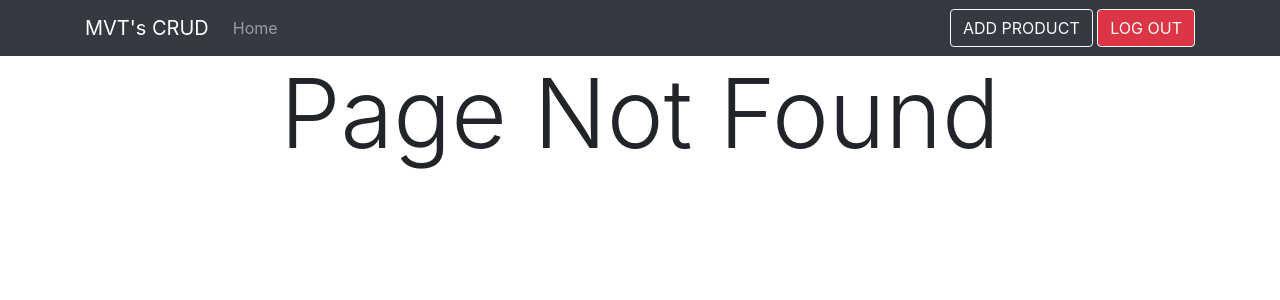
Repository: tammv/crud_product
Page: /products/add
An editor plug-in stored every save of this project. The page is shown before and after the next save, followed by the edit.
The browser window is 1280 px wide. The pictures show the whole page.
The project was rebuilt for these pictures with package versions that can differ from the ones it lists, and the page was loaded fresh each time. Also part of the build but not shown: src/index.css, src/components/pages/ManageProduct.js, src/components/products/UpdateProduct.js, src/components/products/Product.js, src/components/products/AddProduct.js, src/components/pages/Login.js.

Above is the page before, as saved 2023-07-11 02:08:32.

### src/App.js
import React, { useState } from "react";
import { BrowserRouter as Router, Route, Routes, Outlet } from "react-router-dom";
import ManageProduct from "./components/pages/ManageProduct";
import Navbar from "./components/layout/Navbar";
import NotFound from "./components/pages/NotFound";
import UpdateProduct from "./components/products/UpdateProduct";
import Product from "./components/products/Product";
import AddProduct from "./components/products/AddProduct";
import Login from "./components/pages/Login";
import "../node_modules/bootstrap/dist/css/bootstrap.css";
import "./App.css";

function App() {
  const [isAuthenticated, setIsAuthenticated] = useState(false);

  const handleLogin = () => {
    setIsAuthenticated(true);
  };

  return (
    <Router>
      <div className="App">
        <Navbar />
        <Routes>
          <Route path="/" element={isAuthenticated ? <Outlet /> : <Login handleLogin={handleLogin} />} />
          {isAuthenticated && (
            <>
              <Route path="/manage-product" element={<ManageProduct />} />
              <Route path="/products/add" element={<AddProduct />} />
              <Route path="/products/update/:id" element={<UpdateProduct />} />
              <Route path="/products/:id" element={<Product />} />
            </>
          )}
          <Route path="*" element={<NotFound />} />
        </Routes>
      </div>
    </Router>
  );
}

export default App;

### src/components/layout/Navbar.js
import React from "react";
import { Link, NavLink } from "react-router-dom";

const Navbar = () => {
  return (
    <nav className="navbar navbar-expand-lg navbar-dark bg-dark">
      <div className="container">
        <Link className="navbar-brand" to="/">
          MVT's CRUD
        </Link>
        <button
          className="navbar-toggler"
          type="button"
          data-toggle="collapse"
          data-target="#navbarSupportedContent"
          aria-controls="navbarSupportedContent"
          aria-expanded="false"
          aria-label="Toggle navigation"
        >
          <span className="navbar-toggler-icon"></span>
        </button>
        <div className="collapse navbar-collapse">
          <ul className="navbar-nav mr-auto">
            <li className="nav-item ">
              <NavLink className="nav-link" exact to="/">
                Home
              </NavLink>
            </li>
          </ul>
        </div>
        <Link className="btn btn-outline-light " to="/products/add">
          ADD PRODUCT
        </Link>
        &nbsp;
        <Link className="btn btn-outline-light btn-danger" to="#">
          LOG OUT
        </Link>
      </div>
    </nav>
  );
};

export default Navbar;

### src/components/pages/NotFound.js
import React from "react";

const NotFound = () => {
  return (
    <div className="not-found">
      <h1 className="display-1">Page Not Found</h1>
    </div>
  );
};
export default NotFound;

Loaded but not shown: public/index.html (common file); src/index.js (common file); src/reportWebVitals.js (common file); src/App.css (common file)

After the next save:
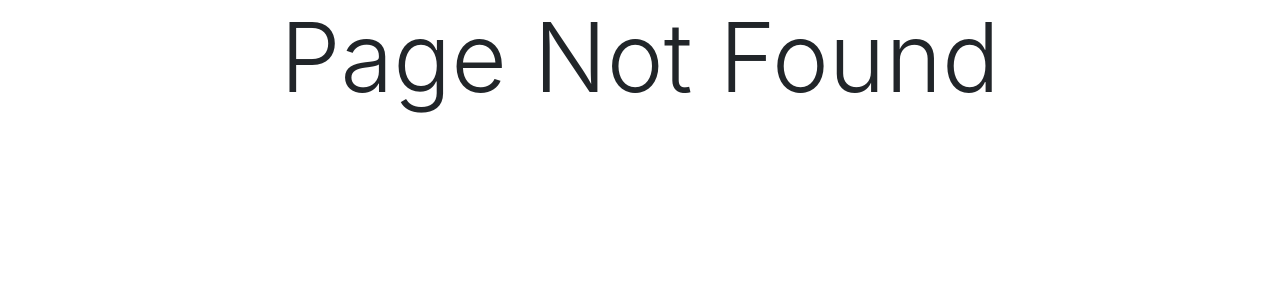
Saved 105 s later.
--- a/src/App.js
+++ b/src/App.js
@@ -20,11 +20,11 @@ function App() {
   return (
     <Router>
       <div className="App">
-        <Navbar />
         <Routes>
           <Route path="/" element={isAuthenticated ? <Outlet /> : <Login handleLogin={handleLogin} />} />
           {isAuthenticated && (
             <>
+              <Navbar />
               <Route path="/manage-product" element={<ManageProduct />} />
               <Route path="/products/add" element={<AddProduct />} />
               <Route path="/products/update/:id" element={<UpdateProduct />} />
